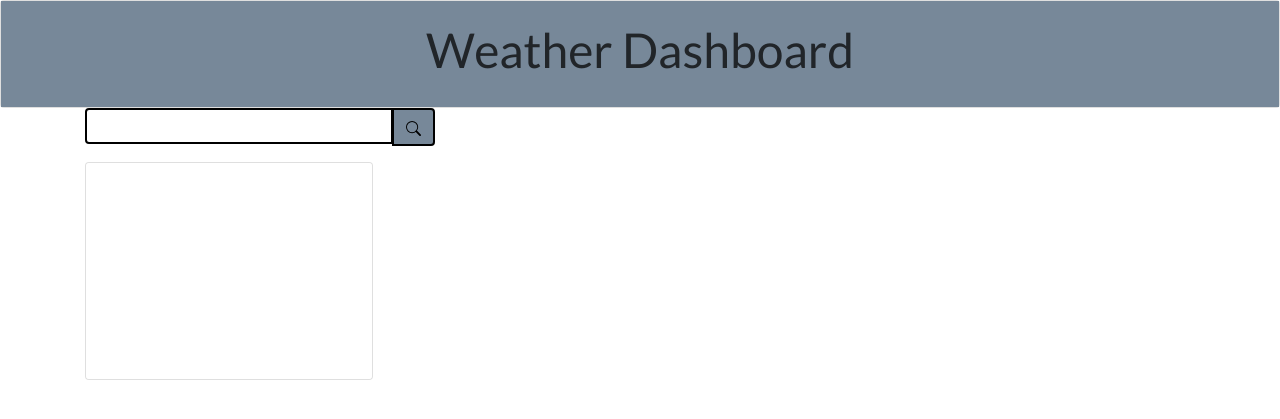
Repository: himaja830/Weather-Dashboard
Page: index.html
The author's editor kept a copy of each file at every save. The page is drawn from the files as they stood at one save, then again after the next save.
The browser window is 1280 px wide. The pictures show the whole page.
Some web libraries are served in a nearby version.

Above is the page before, as saved 2020-06-26 15:39:24.

### index.html
<!DOCTYPE html>
<html lang="en">

<head>
    <meta charset="UTF-8">
    <meta name="viewport" content="width=device-width, initial-scale=1.0">
    <title>Weathe Dashboard</title>
    <link rel="stylesheet" href="https://stackpath.bootstrapcdn.com/bootstrap/4.3.1/css/bootstrap.min.css" />
    <link href="https://stackpath.bootstrapcdn.com/bootswatch/4.5.0/flatly/bootstrap.min.css" rel="stylesheet"
        integrity="sha384-mhpbKVUOPCSocLzx2ElRISIORFRwr1ZbO9bAlowgM5kO7hnpRBe+brVj8NNPUiFs" crossorigin="anonymous">
    <link rel="stylesheet" href="https://use.fontawesome.com/releases/v5.8.1/css/all.css"
        integrity="sha384-50oBUHEmvpQ+1lW4y57PTFmhCaXp0ML5d60M1M7uH2+nqUivzIebhndOJK28anvf" crossorigin="anonymous" />
    <link rel="stylesheet" href="assets/style.css">
</head>

<div class="card">
    <div class="card-body">
        <h1>Weather Dashboard</h1>
    </div>
</div>
<div class="container">
    <div class="row">

      <div class="col-sm-4">
        <div class="input-group mb-3">
            <input type="text" class="form-control"  aria-label="" aria-describedby="button-addon2">
            <div class="input-group-append">
              <button class="btn btn-outline-secondary" type="button" id="button-addon2"><svg class="bi bi-search" width="1em" height="1em" viewBox="0 0 16 16" fill="currentColor" xmlns="http://www.w3.org/2000/svg">
                <path fill-rule="evenodd" d="M10.442 10.442a1 1 0 0 1 1.415 0l3.85 3.85a1 1 0 0 1-1.414 1.415l-3.85-3.85a1 1 0 0 1 0-1.415z"/>
                <path fill-rule="evenodd" d="M6.5 12a5.5 5.5 0 1 0 0-11 5.5 5.5 0 0 0 0 11zM13 6.5a6.5 6.5 0 1 1-13 0 6.5 6.5 0 0 1 13 0z"/>
              </svg>
            </button>
            </div>
          </div>
          <div class="card" style="width: 18rem;">
            <ul class="list-group list-group-flush">
              <li class="list-group-item"></li>
              <li class="list-group-item"></li>
              <li class="list-group-item"></li>
              <li class="list-group-item"></li>
              <li class="list-group-item"></li>
              <li class="list-group-item"></li>
              <li class="list-group-item"></li>
              <li class="list-group-item"></li>
              <li class="list-group-item"></li>
            </ul>
          </div>
      </div>

      <div class="col-sm-8">
    </div>
</div>
</div>
</body>

</html>

### assets/style.css
.card-body {
    background-color: lightslategray;
    text-align: center;
}
.btn-outline-secondary {
    color:black;
    background-color: lightslategray;
    border: 2px solid black;

}
.form-control {
    border: 2px solid black;
}

After the next save:
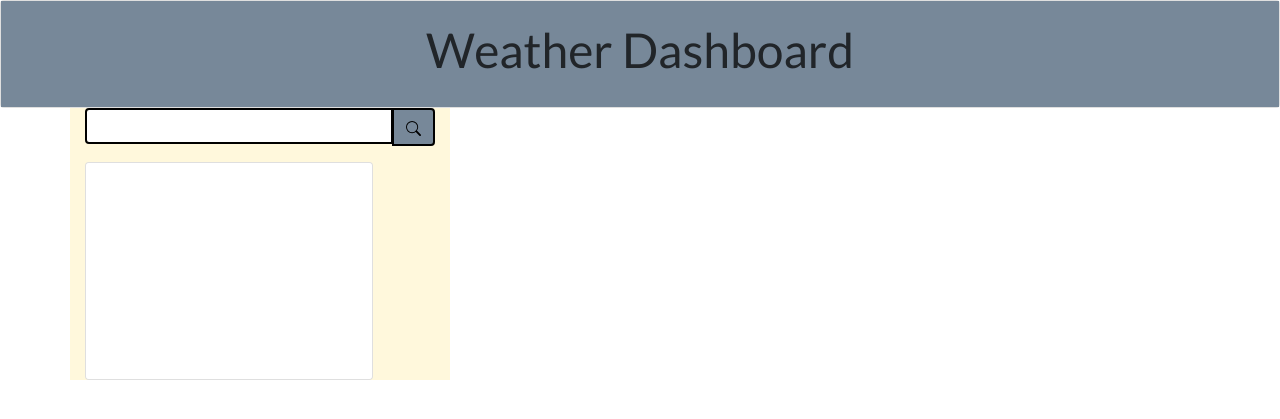
Saved 74 s later.
--- a/assets/style.css
+++ b/assets/style.css
@@ -11,3 +11,6 @@
 .form-control {
     border: 2px solid black;
 }
+.col-sm-4{
+    background-color: cornsilk;
+}

After the 2 saves that followed:
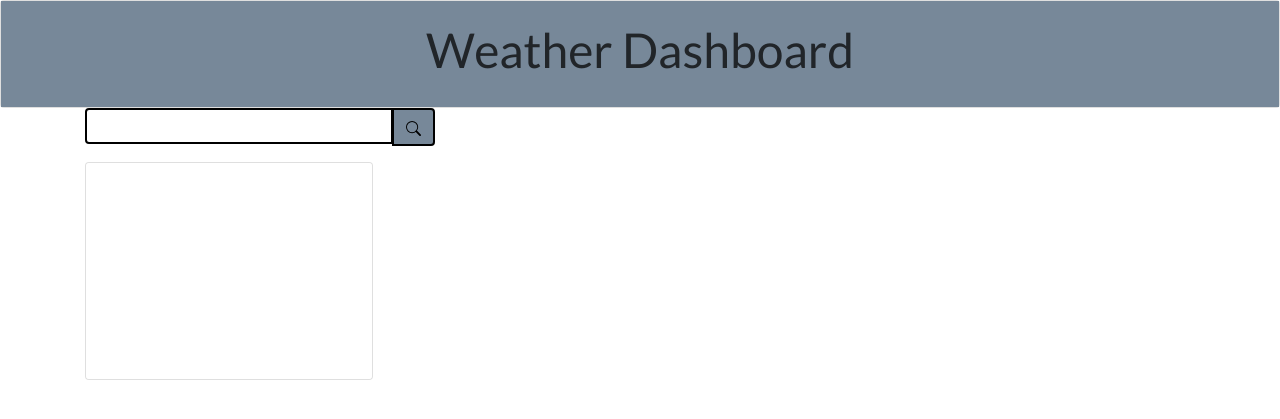
The 2 saves are shown as one change because 1 left the picture as it was.
The last was saved 5 min 5 s later.
--- a/index.html
+++ b/index.html
@@ -12,7 +12,7 @@
         integrity="sha384-50oBUHEmvpQ+1lW4y57PTFmhCaXp0ML5d60M1M7uH2+nqUivzIebhndOJK28anvf" crossorigin="anonymous" />
     <link rel="stylesheet" href="assets/style.css">
 </head>
-
+<body>
 <div class="card">
     <div class="card-body">
         <h1>Weather Dashboard</h1>
@@ -20,8 +20,7 @@
 </div>
 <div class="container">
     <div class="row">
-
-      <div class="col-sm-4">
+       <div class="col-sm-4">
         <div class="input-group mb-3">
             <input type="text" class="form-control"  aria-label="" aria-describedby="button-addon2">
             <div class="input-group-append">
@@ -46,7 +45,6 @@
             </ul>
           </div>
       </div>
-
       <div class="col-sm-8">
     </div>
 </div>
--- a/assets/style.css
+++ b/assets/style.css
@@ -11,6 +11,3 @@
 .form-control {
     border: 2px solid black;
 }
-.col-sm-4{
-    background-color: cornsilk;
-}
